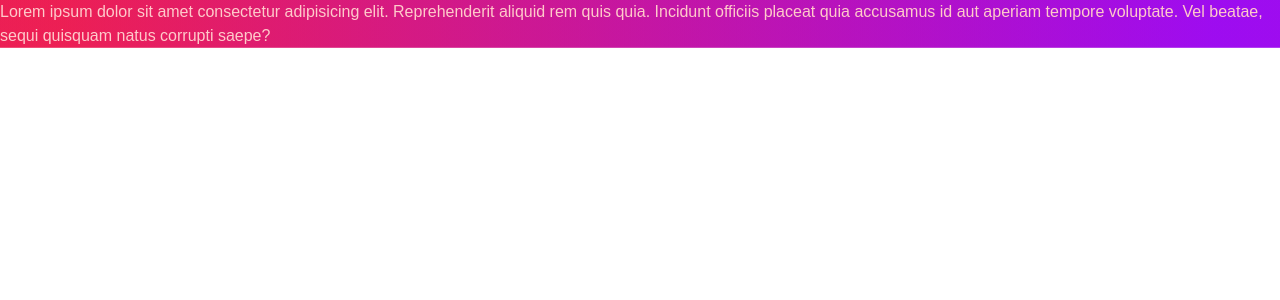
Repository: evergreenx/dictionary-octo
Page: /
These files come from the project's save history. The page is drawn as it stood at one moment and after the next save; the edit follows.
The browser window is 1280 px wide. The pictures show the whole page.
The project was rebuilt for these pictures with package versions that can differ from the ones it lists, and the page was loaded fresh each time. The framework's server and built-in components were replaced by stand-ins that run in the browser. Also part of the build but not shown: next.config.js.

Above is the page before, as saved 2022-04-30 14:41:51.

After the next save:
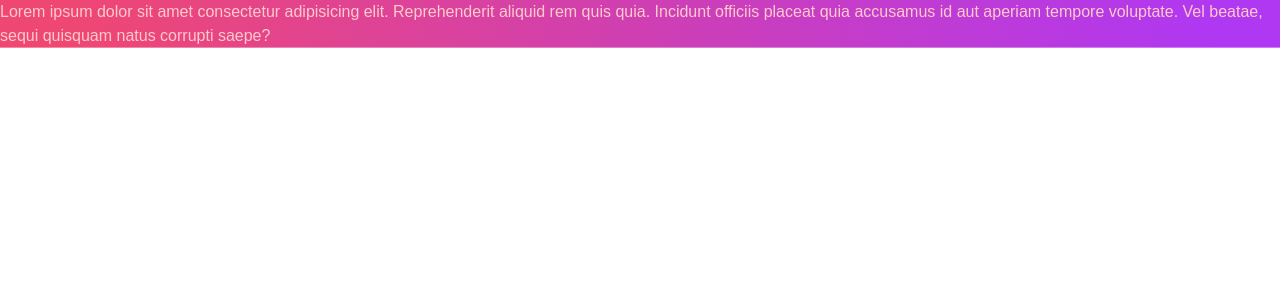
Saved 11 s later.
--- a/styles/globals.css
+++ b/styles/globals.css
@@ -4,7 +4,7 @@
 
 @import url("https://fonts.googleapis.com/css2?family=Quicksand&display=swap");
 
-html,
+
 body {
   padding: 0;
   margin: 0;
